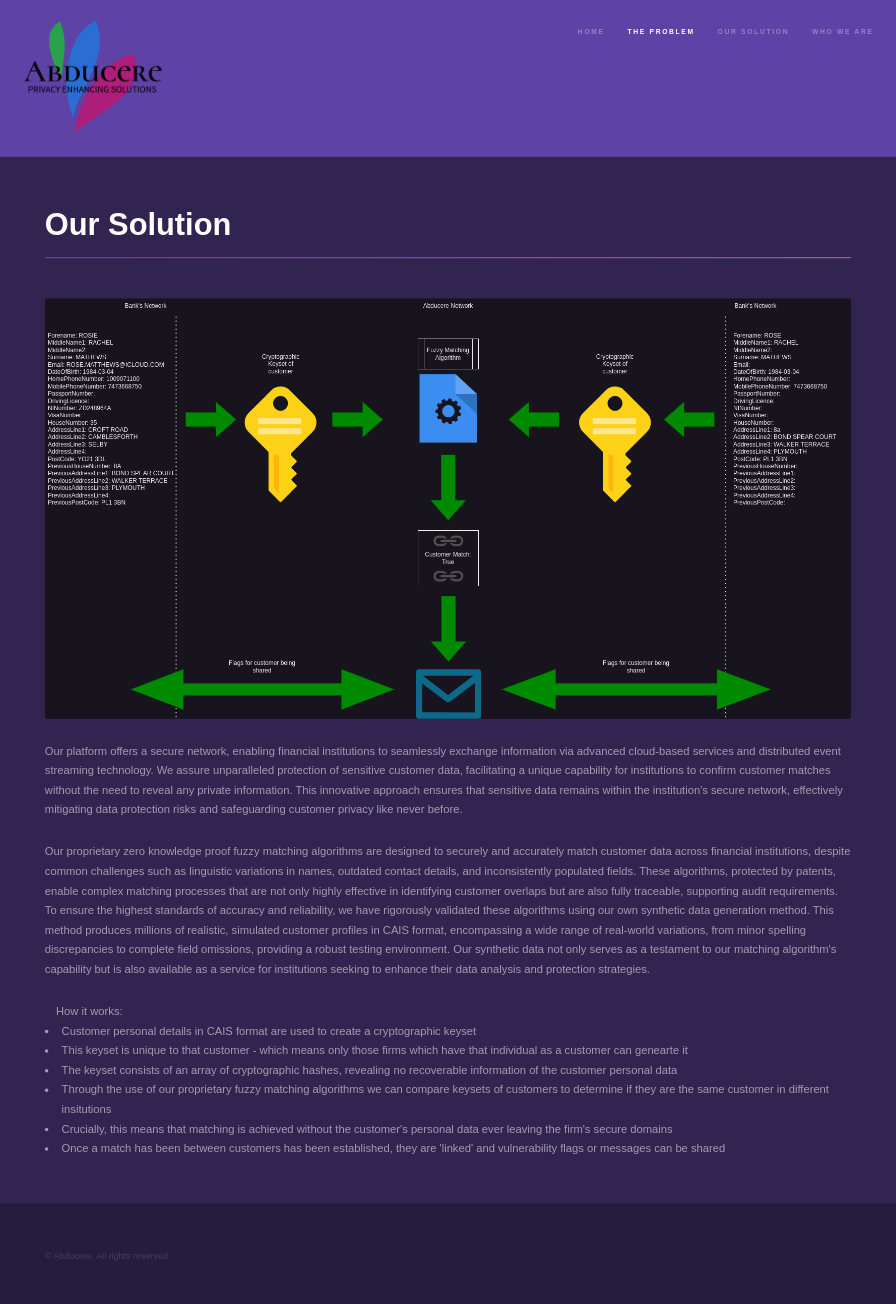
Repository: nocnoc94/nocnoc94.github.io
Page: our-solution.html
An editor plug-in stored every save of this project. The page is shown before and after a run of saves, followed by the edit.
The browser window is 1280 px wide. The pictures show the whole page, at 70% of full size.

Above is the page before, as saved 2024-03-18 17:15:01.

After the next 2 saves:
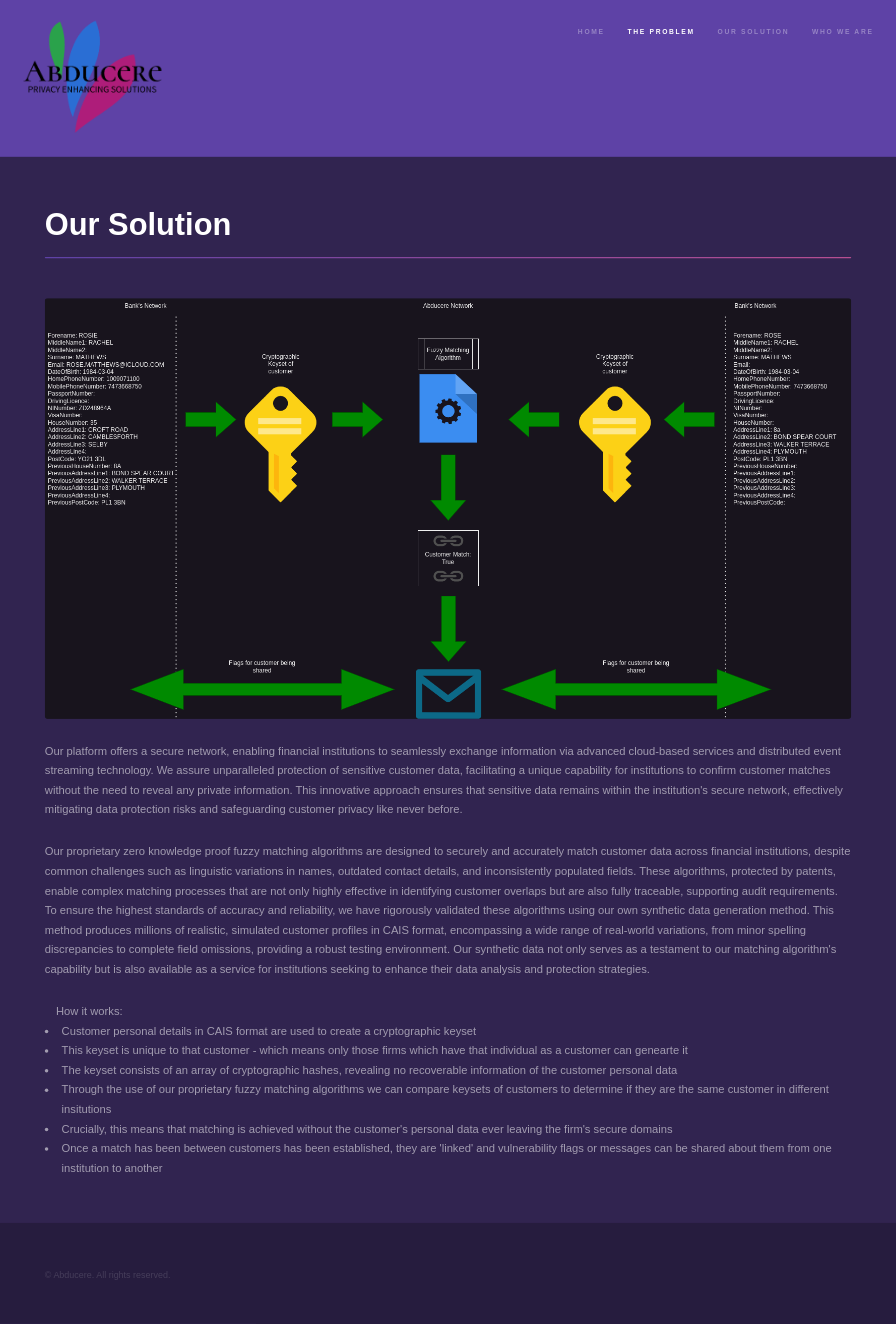
The 2 saves are shown as one change because they came seconds apart.
The last was saved 12 s later.
--- a/our-solution.html
+++ b/our-solution.html
@@ -67,7 +67,8 @@
 						to determine if they are the same customer in different insitutions</li>
 					<li>Crucially, this means that matching is achieved without the customer's personal data ever
 						leaving the firm's secure domains</li>
-					<li>Once a match has been between customers has been established, they are 'linked' and vulnerability flags or messages can be shared </li>
+					<li>Once a match has been between customers has been established, they are 'linked' and
+						vulnerability flags or messages can be shared about them from one institution to another</li>
 				</ul>
 			</div>
 		</section>
